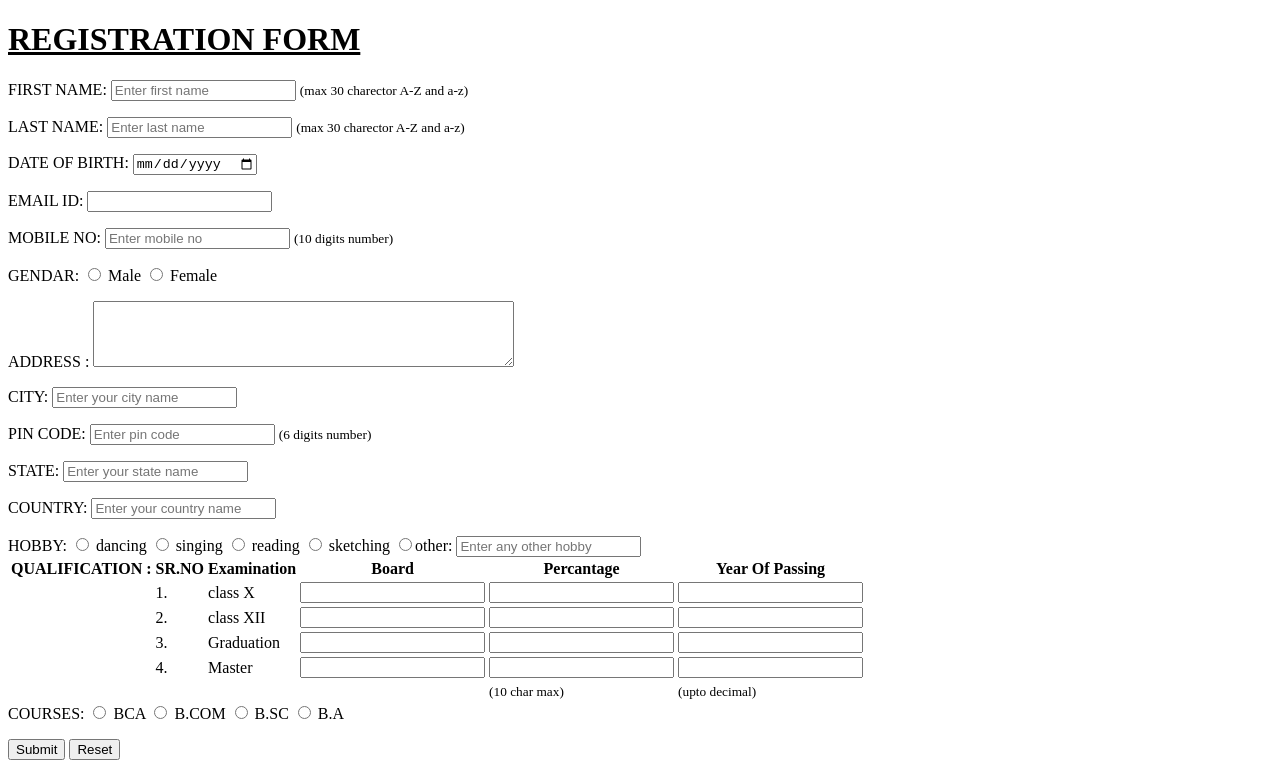
Repository: MintuKrishnan/subrahmanyam-batch
Page: front-end/html/form.html
An editor plug-in stored every save of this project. The page is shown before and after the next save, followed by the edit.
The browser window is 1280 px wide. The pictures show the whole page.

Above is the page before, as saved 2021-02-26 14:37:32.

### front-end/html/form.html
<!DOCTYPE html>
<html lang="en">
<head>
    <meta charset="UTF-8">
    <meta http-equiv="X-UA-Compatible" content="IE=edge">
    <meta name="viewport" content="width=device-width, initial-scale=1.0">
    <title>student registration form</title>
</head>
<body>
    <h1>
        <u>REGISTRATION FORM</u>
    </h1>
    <form>
    <p>
        <label for="name">FIRST NAME:</label>
    <input type="text" placeholder="Enter first name" name="name" id="name" min="30" max="30">
    <small>(max 30 charector A-Z and a-z)</small>
    </p>

    <p>
        <label for="name">LAST NAME:</label>
        <input type="text" placeholder="Enter last name" name="name" id="name" min="30" max="30">
        <small>(max 30 charector A-Z and a-z)</small>
    </p>

    <p><label for="birthday">DATE OF BIRTH:</label>
        <input type="date" id="birthday" name="birthday"></p>

    <p><label for="email">EMAIL ID:</label>
        <input type="email" id="email" name="email"></p>

    <p><label for="phone">MOBILE NO:</label>
        <input type="tel" id="phone" name="phone" placeholder="Enter mobile no">
        <small>(10 digits number)</small></p>

        <label for="text">GENDAR:</label>
        <input type="radio" name="gender" value="male"> Male
        <input type="radio" name="gender" value="female"> Female

    <p><label for="address"> ADDRESS :</label>
        <textarea id="adress" name="address" rows="4" cols="50">
            </textarea></p>

    <p><label for="text"> CITY:</label>
        <input type="text" placeholder="Enter your city name" id="city" name="city"></p>

    <p><label for="number">PIN CODE:</label>
        <input type="number" placeholder="Enter pin code" id="pin code" name="pin code" >
        <small>(6 digits number)</small></p>

    <p><label for="text"> STATE:</label>
        <input type="text" placeholder="Enter your state name" id="city" name="city"></p>

    <p><label for="text"> COUNTRY:</label>
        <input type="text" placeholder="Enter your country name" id="city" name="city"></p>


        <label for="text">HOBBY:</label>
        <input type="radio" value="dancing"> dancing
        <input type="radio" value="singing"> singing
        <input type="radio" value="reading"> reading
        <input type="radio" value="sketching"> sketching
        <input type="radio"value='other'>other:
        <input type="text" placeholder="Enter any other hobby" name="fname">
        <br>





    <table>

        <thead>
            <th>QUALIFICATION :</th>
            <th>SR.NO</th>
            <th>Examination</th>
            <th>Board</th>
            <th>Percantage</th>
            <th>Year Of Passing</th>
            </tr>
        </thead>
        <tr>
            <td></td>
            <td>1.</td>
            <td>class X</td>
            <td><input type="text"></td>
            <td><input type="text"></td>
            <td><input type="text"></td>
        </tr>
        <tr>
            <td></td>
            <td>2.</td>
            <td>class XII</td>
            <td><input type="text"></td>
            <td><input type="text"></td>
            <td><input type="text"></td>
        </tr>
        <tr>
            <td></td>
            <td>3.</td>
            <td>Graduation</td>
            <td><input type="text"></td>
            <td><input type="text"></td>
            <td><input type="text"></td>
        </tr>
        <tr>
            <td></td>
            <td>4.</td>
            <td>Master</td>
            <td><input type="text"></td>
            <td><input type="text"></td>
            <td><input type="text"></td>
        </tr>
        <tr>
            <td></td>
            <td></td>
            <td></td>
            <td></td>
            <td><small>(10 char max)</small></td>
            <td><small>(upto decimal)</small></td>
        </tr>
        <tfoot></tfoot>
    </table>


        <label for="text">COURSES:</label>
                <input type="radio" value="bca"> BCA
                <input type="radio" value="b.com"> B.COM
                <input type="radio" value="b.sc"> B.SC
                <input type="radio" value="b.a"> B.A



    <p>
        <input type="submit">
        <input type="reset">
    </p>
    </form>

</body>

</html>

After the next save:
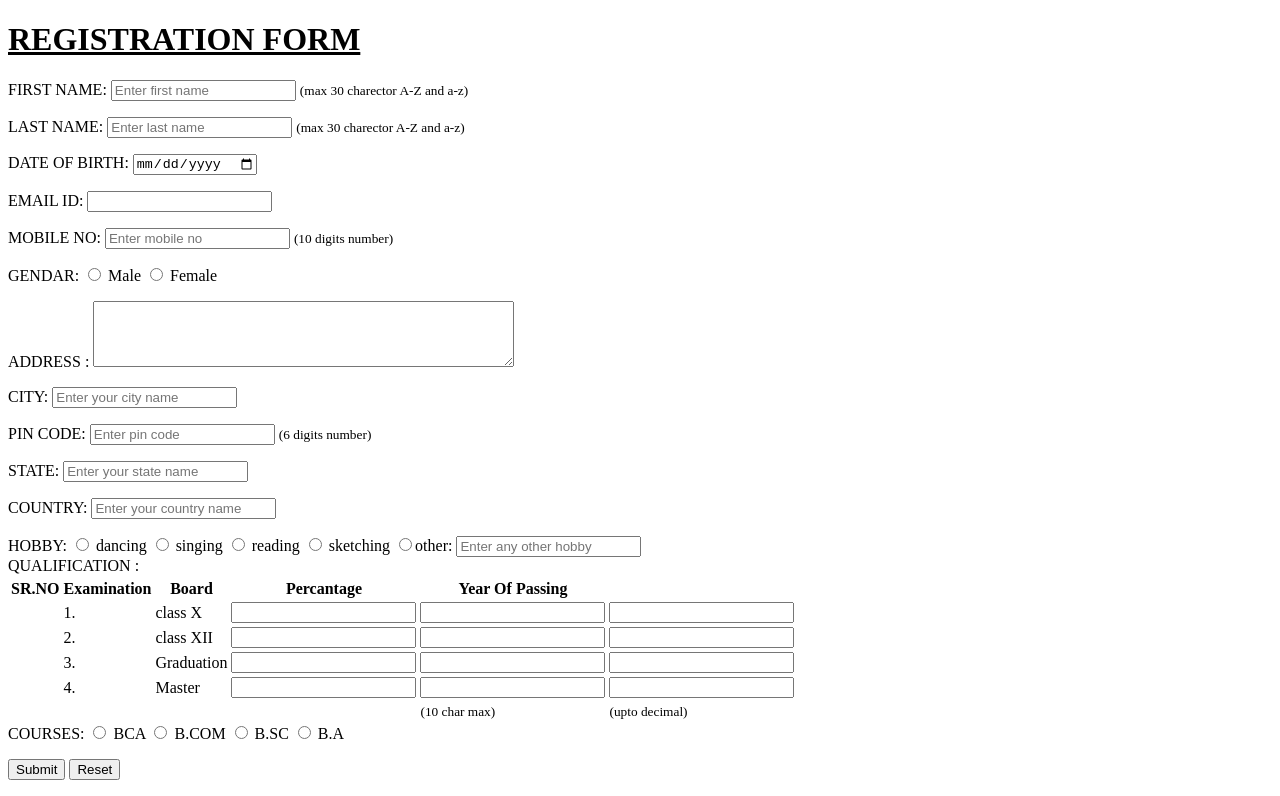
Saved 9 s later.
--- a/front-end/html/form.html
+++ b/front-end/html/form.html
@@ -71,7 +71,7 @@
     <table>
 
         <thead>
-            <th>QUALIFICATION :</th>
+            <tr>QUALIFICATION :</tr>
             <th>SR.NO</th>
             <th>Examination</th>
             <th>Board</th>

After the save that followed:
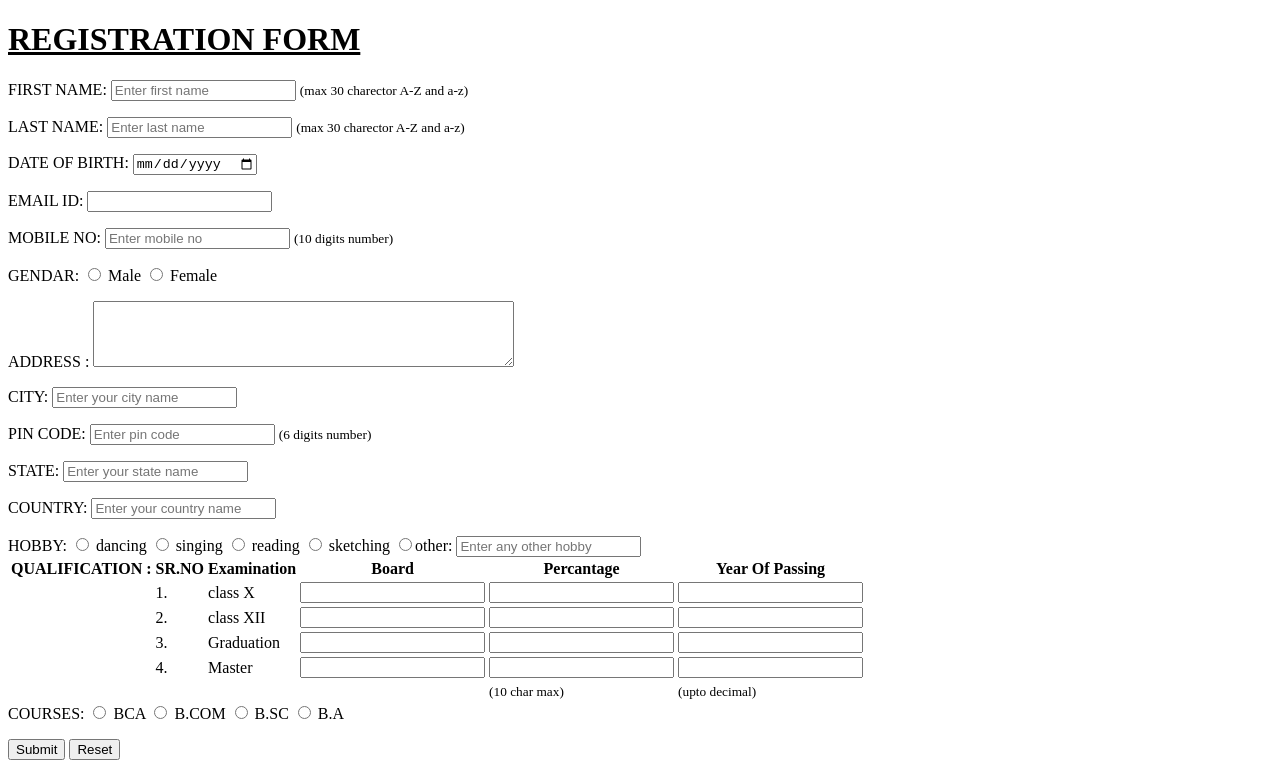
Saved 7 s later.
--- a/front-end/html/form.html
+++ b/front-end/html/form.html
@@ -71,7 +71,7 @@
     <table>
 
         <thead>
-            <tr>QUALIFICATION :</tr>
+            <th>QUALIFICATION :</th>
             <th>SR.NO</th>
             <th>Examination</th>
             <th>Board</th>
